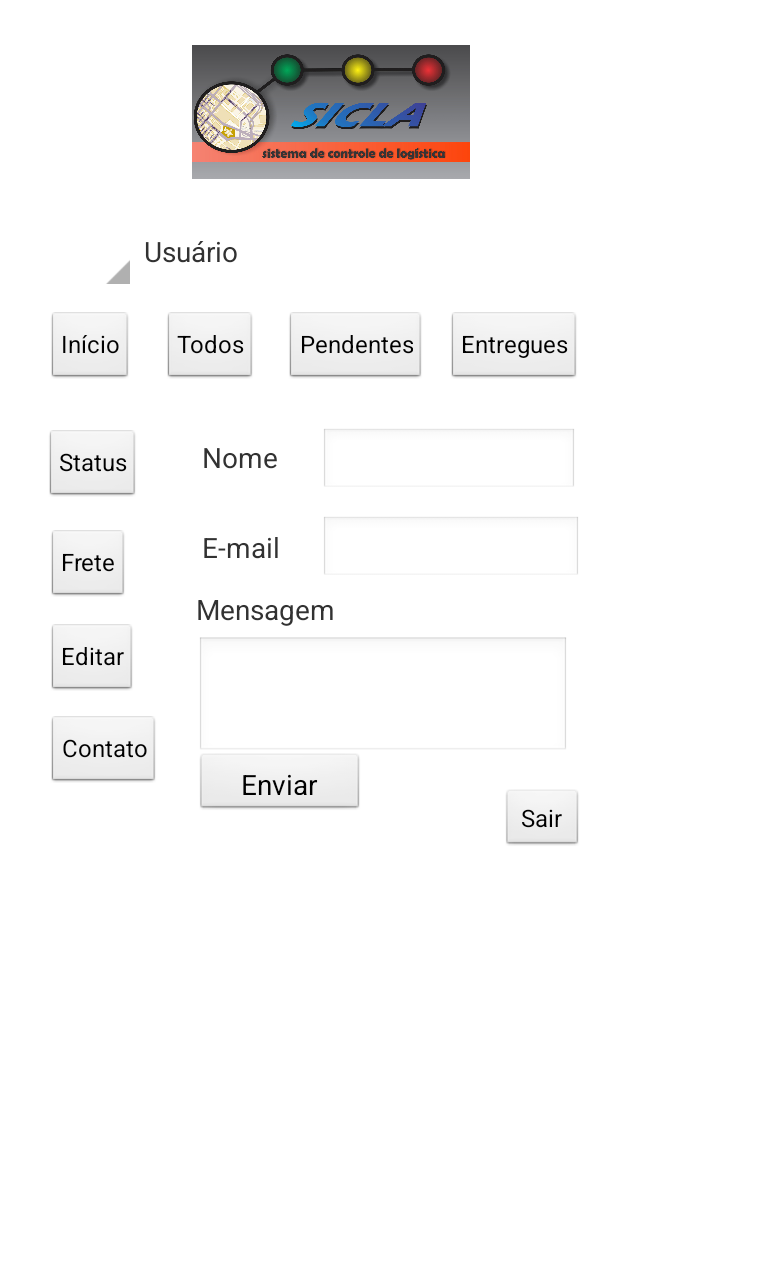
Repository: danielpedroza/SICLA
Layout: Sicla/res/layout/contatocliente.xml
These files come from the project's save history. The layout is drawn as it stood at one moment and after the next save; the edit follows.
It is drawn on a 768 x 1280 px phone screen (xhdpi) without system bars, with theme AppTheme; the app's code is not run.

Above is the layout before, as saved 2013-07-06 09:51:28.

After the next save:
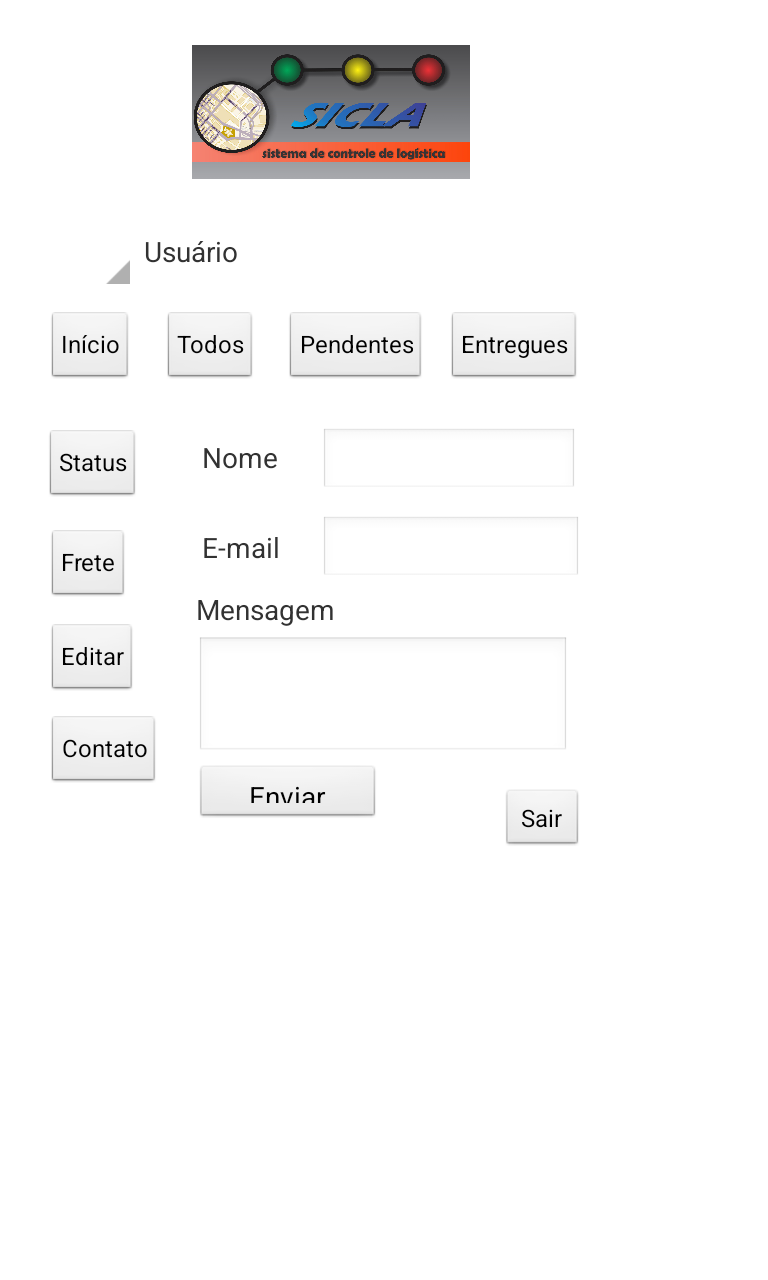
Saved 53 s later.
--- a/Sicla/res/layout/contatocliente.xml
+++ b/Sicla/res/layout/contatocliente.xml
@@ -189,10 +189,10 @@
 
         <Button
             android:id="@+id/button3"
-            android:layout_width="86dp"
-            android:layout_height="33dp"
+            android:layout_width="94dp"
+            android:layout_height="31dp"
             android:layout_x="81dp"
-            android:layout_y="360dp"
+            android:layout_y="366dp"
             android:text="Enviar" />
 
     </AbsoluteLayout>
